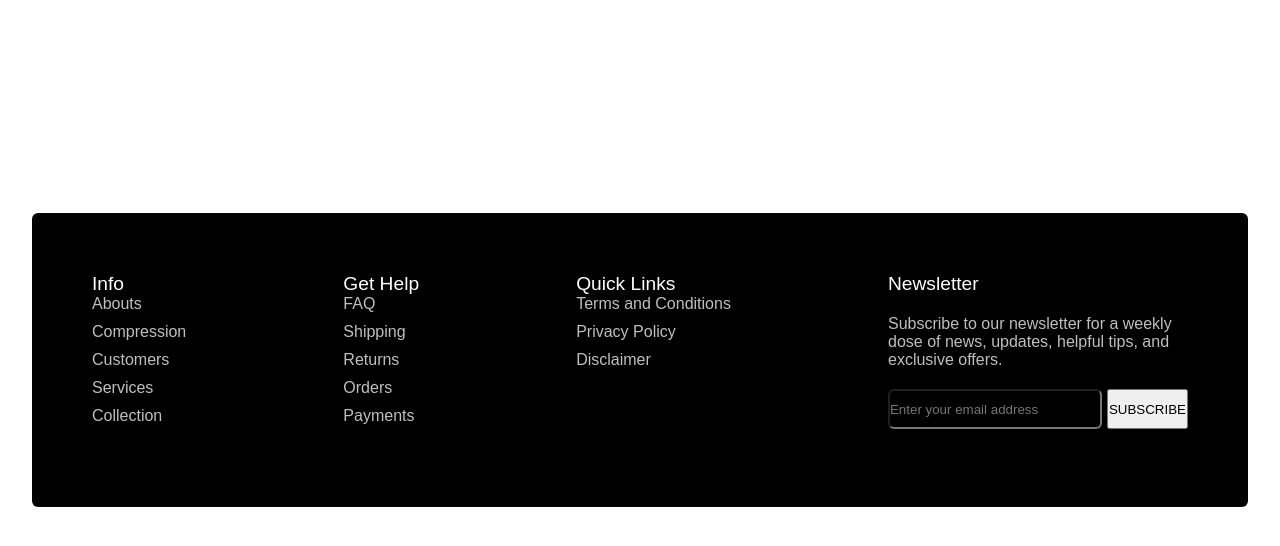
Repository: syni18/responsive_footer
Page: index.html
The author's editor kept a copy of each file at every save. The page is drawn from the files as they stood at one save, then again after a run of saves.
The browser window is 1280 px wide. The pictures show the whole page.
Some web libraries are served in a nearby version.

Above is the page before, as saved 2023-11-03 17:19:40.

After the next 10 saves:
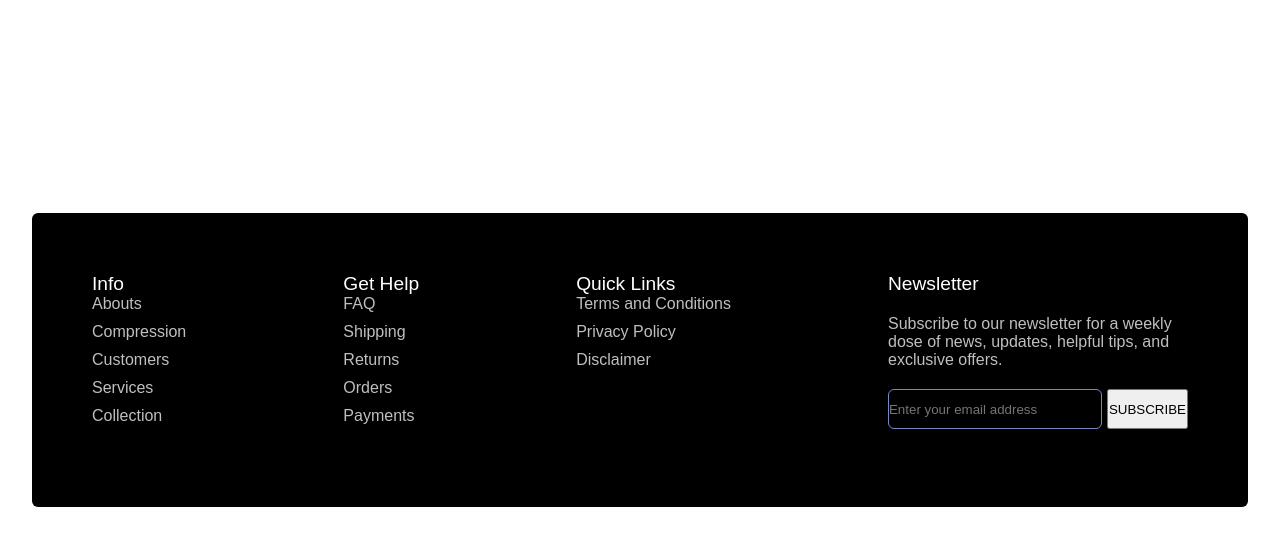
The 10 saves are shown as one change because they came seconds apart.
The last was saved 24 s later.
--- a/style.css
+++ b/style.css
@@ -52,5 +52,6 @@
     background: none;
     width: 100%;
     outline: none;
-
+    border: 1px solid #7489c6;
+    caret-color: ;
 }
